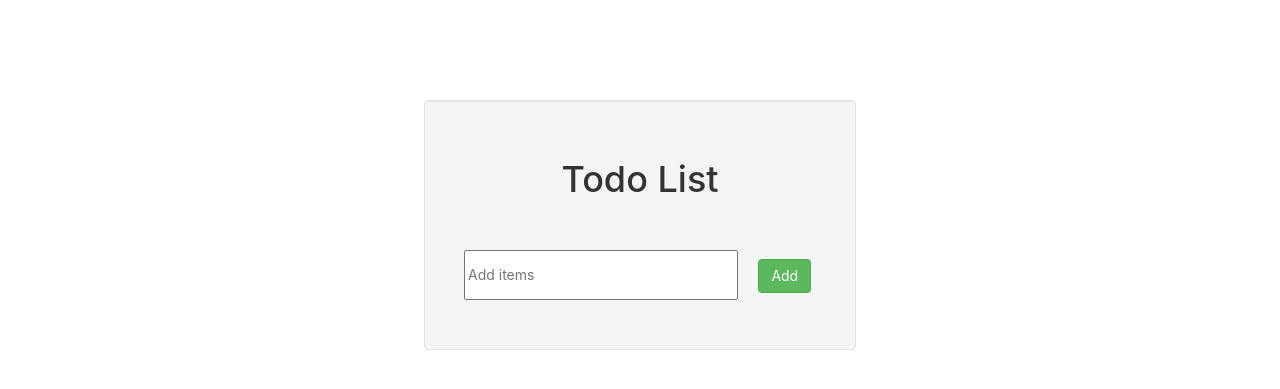
Repository: arpana23/Todo-list
Page: /
The author's editor kept a copy of each file at every save. The page is drawn from the files as they stood at one save, then again after the next save.
The browser window is 1280 px wide. The pictures show the whole page.
Some web libraries are served in a nearby version. The project was rebuilt for these pictures with package versions that can differ from the ones it lists, and the page was loaded fresh each time. Also part of the build but not shown: src/Todolist.js.

Above is the page before, as saved 2021-04-14 18:13:44.

### public/index.html
<!DOCTYPE html>
<html lang="en">
  <head>
    <meta charset="utf-8" />
    <link rel="icon" href="%PUBLIC_URL%/favicon.ico" />
    <meta name="viewport" content="width=device-width, initial-scale=1" />
    <meta name="theme-color" content="#000000" />
    <meta
      name="description"
      content="Web site created using create-react-app"
    />
    <link rel="apple-touch-icon" href="%PUBLIC_URL%/logo192.png" />
    <!--
      manifest.json provides metadata used when your web app is installed on a
      user's mobile device or desktop. See https://developers.google.com/web/fundamentals/web-app-manifest/
    -->
    <script src="https://kit.fontawesome.com/94ade1d1ca.js" crossorigin="anonymous"></script>
    <link rel="manifest" href="%PUBLIC_URL%/manifest.json" />
    <!-- Latest compiled and minified CSS -->
    <link rel="stylesheet" href="https://maxcdn.bootstrapcdn.com/bootstrap/3.4.1/css/bootstrap.min.css">

    <!-- jQuery library -->
    <script src="https://ajax.googleapis.com/ajax/libs/jquery/3.5.1/jquery.min.js"></script>

    <!-- Latest compiled JavaScript -->
    <script src="https://maxcdn.bootstrapcdn.com/bootstrap/3.4.1/js/bootstrap.min.js"></script>
    <!--
      Notice the use of %PUBLIC_URL% in the tags above.
      It will be replaced with the URL of the `public` folder during the build.
      Only files inside the `public` folder can be referenced from the HTML.

      Unlike "/favicon.ico" or "favicon.ico", "%PUBLIC_URL%/favicon.ico" will
      work correctly both with client-side routing and a non-root public URL.
      Learn how to configure a non-root public URL by running `npm run build`.
    -->
    <title>React App</title>
  </head>
  <body>
    <noscript>You need to enable JavaScript to run this app.</noscript>
    <div id="root"></div>
    <!--
      This HTML file is a template.
      If you open it directly in the browser, you will see an empty page.

      You can add webfonts, meta tags, or analytics to this file.
      The build step will place the bundled scripts into the <body> tag.

      To begin the development, run `npm start` or `yarn start`.
      To create a production bundle, use `npm run build` or `yarn build`.
    -->
  </body>
</html>

### src/App.js
import React, { useState } from 'react';
import Todolist from './Todolist';
import './App.css';

const App = () => {


  const [inputItem , setInputItem] = useState("");
  const [itemList , setItemList] = useState([]);

  const handleChange = (e) => {
    setInputItem(e.target.value);
  }

  const addItems = (e) => {
    e.preventDefault();
    setItemList((olditems) => {
      return [...olditems, inputItem];
    });
    setInputItem("");
  }

  const updateItem = (id) => {
    let item =  itemList.map((olditems,index,data) => {
      if(index === id) {
        setInputItem(data.splice(index,1));
        olditems = !olditems;
      }
      return [olditems];
      }
    )
    return item;
  }

  const deleteItem = (id) => {
    setItemList((olditems) => {
      return olditems.filter((arrElement,index) => {
        return index !== id;
        // if(index !== id) {
        //   return [...arrElement];
        // }
      })
    })
  }


 return (
  <>
    <div className="main-container">
      <div className="flex-container">
        <div className="well">
          <br />
            <h1 className="title text-center">Todo List</h1>
          <br />
          <div>
            <input type="text" className="addInput" placeholder="Add items" value={inputItem} onChange={handleChange}/>
            <button type="submit" className={`btn text-center ${setInputItem !== '' ? 'btn-success' : 'btn-success text-blur'}`}   onClick={addItems}> Add </button>
            <ul>
              {
                itemList.map((data,index) => {
                  return <Todolist
                  key= {index}
                  id= {index}
                  list= {data}
                  onEdit= {updateItem}
                  onSelect= {deleteItem}
                  />
                })
              }
            </ul>
          </div>
        </div>
      </div>
    </div>

  </>
 )
}

export default App;

### src/App.css
.App {
  text-align: center;
}

.main-container {
  display: flex;
  flex-direction: column;
  justify-content: center;
}

.flex-container {
  display: flex;
  flex-direction: column;
  align-items: center;
  margin: 100px;
}

.well {
  /* background-color: black; */
  width: 40%;
}

.addInput {
  margin: 20px;
  width: 70%;
  height: 7vh;
}

Loaded but not shown: src/index.js (common file); src/index.css (common file); src/reportWebVitals.js (common file)

After the next save:
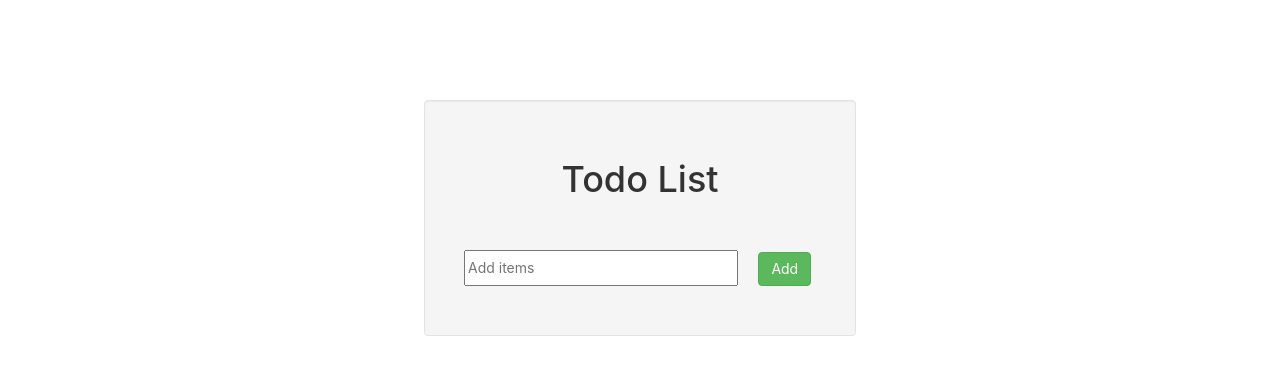
Saved 9 s later.
--- a/src/App.css
+++ b/src/App.css
@@ -23,5 +23,5 @@
 .addInput {
   margin: 20px;
   width: 70%;
-  height: 7vh;
+  height: 5vh;
 }
